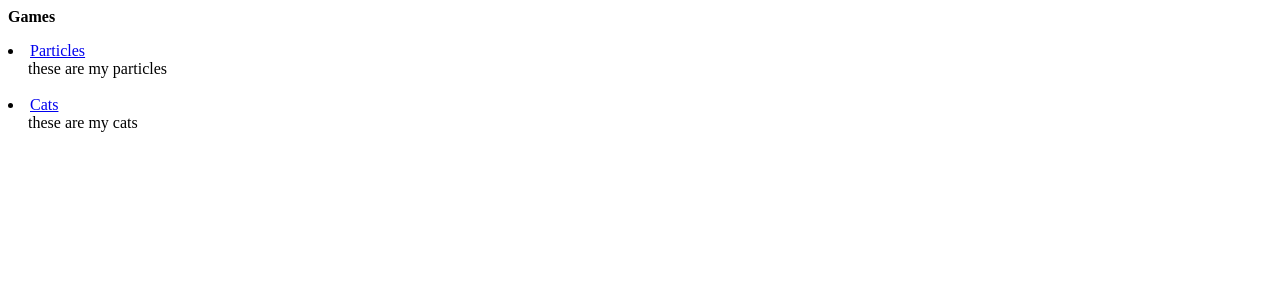
Repository: StevenZsombo/games
Page: docs/index.html
These files come from the project's save history. The page is drawn as it stood at one moment and after the next save; the edit follows.
The browser window is 1280 px wide. The pictures show the whole page.

Above is the page before, as saved 2025-07-03 10:46:29.

After the next save:
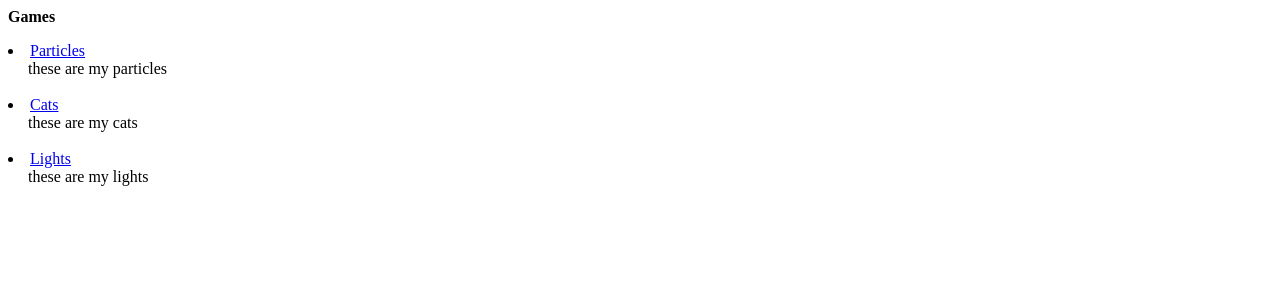
Saved 11 min 3 s later.
--- a/docs/index.html
+++ b/docs/index.html
@@ -9,19 +9,29 @@
 </body>
 
 <script>
-    const files = {
-        Particles: "these are my particles",
-        Cats: "these are my cats"
+    {
+        const files = {
+            Particles: "these are my particles",
+            Cats: "these are my cats",
+        }
+
+        //will append "particles.html" with the given text
+
+        const addToList = function (path, tit, txt) {
+            const listitem = document.createElement('li')
+            listitem.innerHTML = `<a href="${path}">${tit}</a>
+        <br>&nbsp;&nbsp;&nbsp;&nbsp;&nbsp;${txt}<br>&nbsp;`
+            document.body.appendChild(listitem)
+
+
+        }
+        //ADDED FROM THE LIST
+        for (let [file, txt] of Object.entries(files)) {
+            addToList(`${file.toLowerCase()}.html`, file, txt)
+        }
+        //MANUALLY ADDED
+        addToList("lights/index.html", "Lights", "these are my lights")
     }
-    //will append "particles.html" with the given text
-
-    for (let [file, txt] of Object.entries(files)) {
-        const listitem = document.createElement('li')
-        listitem.innerHTML = `<a href="${file.toLowerCase()}.html">${file}</a>
-        <br>&nbsp;&nbsp;&nbsp;&nbsp;&nbsp;${txt}<br>&nbsp;`
-        document.body.appendChild(listitem)
-    }
-
 </script>
 
 </html>
